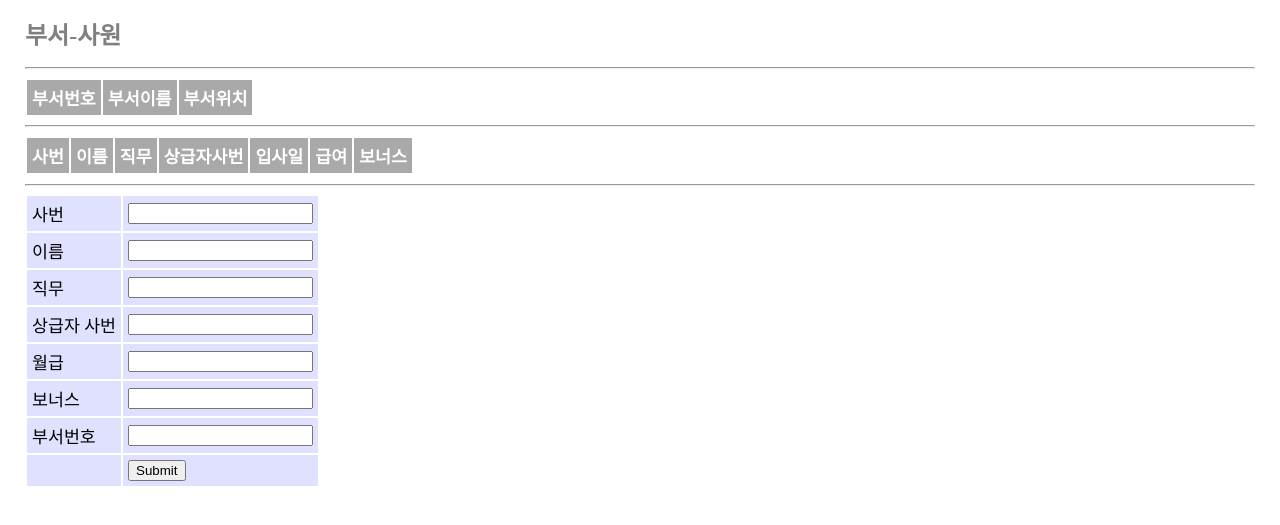
Repository: xlwpdlkim0417/STS4
Page: http://localhost/_sb0322-1/WEB-INF/views/root.jsp
These files come from the project's save history. The page is drawn as it stood at one moment and after the next save; the edit follows.
The browser window is 1280 px wide. The pictures show the whole page.
The page is served by Tomcat 9. Nobody is signed in. Other server files are loaded and not shown. The template is opened directly, without the code that normally fills it, so the values that code supplies are empty.

Above is the page before, as saved 2024-03-22 08:20:16.

### _sb0322-1/src/main/webapp/WEB-INF/views/root.jsp
<%@ page language="java" contentType="text/html; charset=UTF-8"
	pageEncoding="UTF-8"%>
<%@ taglib prefix="c" uri="http://java.sun.com/jsp/jstl/core"%>

<!DOCTYPE HTML>
<head>
<title>top page</title>
<meta http-equiv="Content-Type" content="text/html; charset=UTF-8" />
<style>
h1 {
	font-size: 18pt;
	font-weight: bold;
	color: gray;
}

body {
	font-size: 13pt;
	color: gray;
	margin: 5px 25px;
}

tr {
	margin: 5px;
}

th {
	padding: 5px;
	color: white;
	background: darkgray;
}

td {
	padding: 5px;
	color: black;
	background: #e0e0ff;
}

.err {
	color: red;
}
</style>
</head>
<body>
	<h1>부서-사원</h1>
	<hr />
	<table>
		<tr>
			<th>부서번호</th>
			<th>부서이름</th>
			<th>부서위치</th>
		</tr>
		<c:forEach var="dept" items="${list}">
			<tr>
				<td><a href="selectEmp?deptno=${dept.deptno}">${dept.deptno}</a></td>
				<td>${dept.dname}</td>
				<td>${dept.loc}</td>
			</tr>
		</c:forEach>
	</table>
	<hr />
	<table>
		<tr>
			<th>사번</th>
			<th>이름</th>
			<th>직무</th>
			<th>상급자사번</th>
			<th>입사일</th>
			<th>급여</th>
			<th>보너스</th>
		</tr>
		<c:forEach var="emp" items="${list2}">
			<tr>
				<td><a href="updateForm?id=${emp.empno}">${emp.empno}</a></td>
				<td><a href="updateForm?id=${emp.empno}">${emp.ename}</a></td>
				<td>${emp.job}</td>
				<td>${emp.mgr}</td>
				<td>${emp.hiredate}</td>
				<td>${emp.sal}</td>
				<td>${emp.comm}</td>
			</tr>
		</c:forEach>
	</table>
	<hr />
	<table>
		<form method="get" action="insert">
			<tr>
				<td><label for="empno">사번</label></td>
				<td><input type="text" name="empno" /></td>
			</tr>
			<tr>
				<td><label for="ename">이름</label></td>
				<td><input type="text" name="ename" /></td>
			</tr>
			<tr>
				<td><label for="job">직무</label></td>
				<td><input type="text" name="job" /></td>
			</tr>
			<tr>
				<td><label for="mgr">상급자 사번</label></td>
				<td><input type="text" name="mgr" /></td>
			</tr>
			<tr>
				<td><label for="sal">월급</label></td>
				<td><input type="text" name="sal" /></td>
			</tr>
			<tr>
				<td><label for="comm">보너스</label></td>
				<td><input type="text" name="comm" /></td>
			</tr>
			<tr>
				<td><label for="detpno">부서번호</label></td>
				<td><input type="text" name="detpno" /></td>
			</tr>
			<tr>
				<td></td>
				<td><input type="submit" /></td>
			</tr>
		</form>
	</table>

</body>
</html>

After the next save:
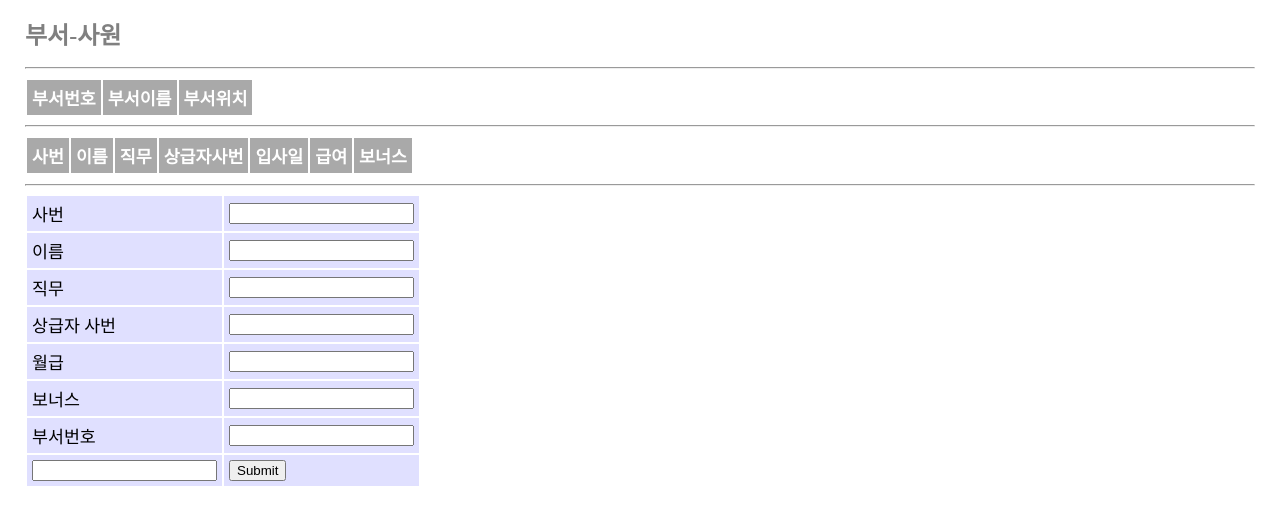
Saved 47 s later.
--- a/_sb0322-1/src/main/webapp/WEB-INF/views/root.jsp
+++ b/_sb0322-1/src/main/webapp/WEB-INF/views/root.jsp
@@ -112,7 +112,7 @@
 				<td><input type="text" name="detpno" /></td>
 			</tr>
 			<tr>
-				<td></td>
+				<td><input type="/" /> </td>
 				<td><input type="submit" /></td>
 			</tr>
 		</form>

After the save that followed:
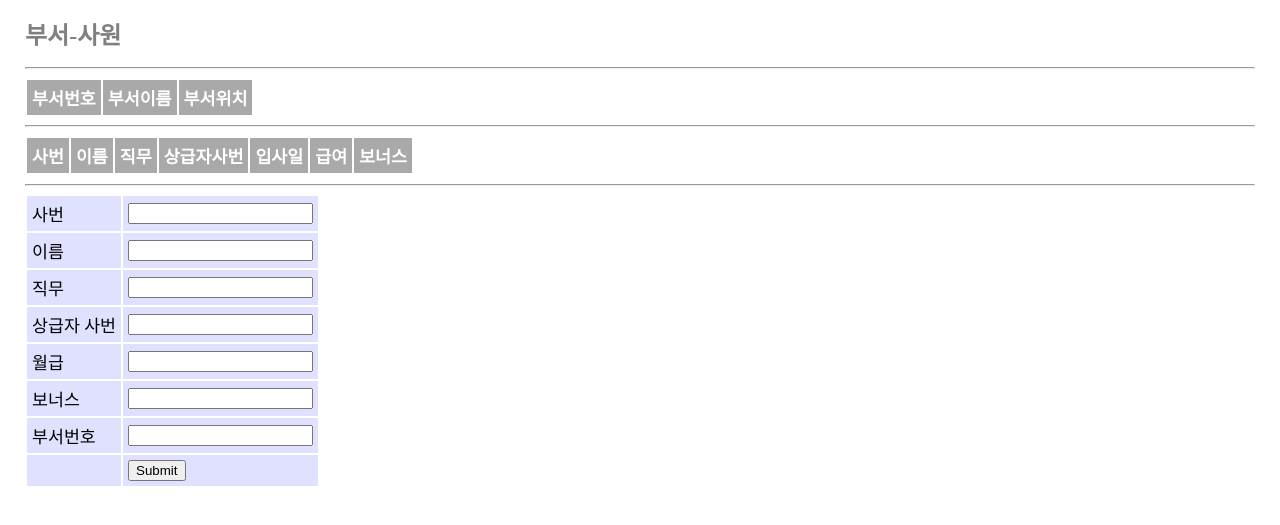
Saved 32 s later.
--- a/_sb0322-1/src/main/webapp/WEB-INF/views/root.jsp
+++ b/_sb0322-1/src/main/webapp/WEB-INF/views/root.jsp
@@ -112,7 +112,7 @@
 				<td><input type="text" name="detpno" /></td>
 			</tr>
 			<tr>
-				<td><input type="/" /> </td>
+				<td><a href="/" ></a> </td>
 				<td><input type="submit" /></td>
 			</tr>
 		</form>
